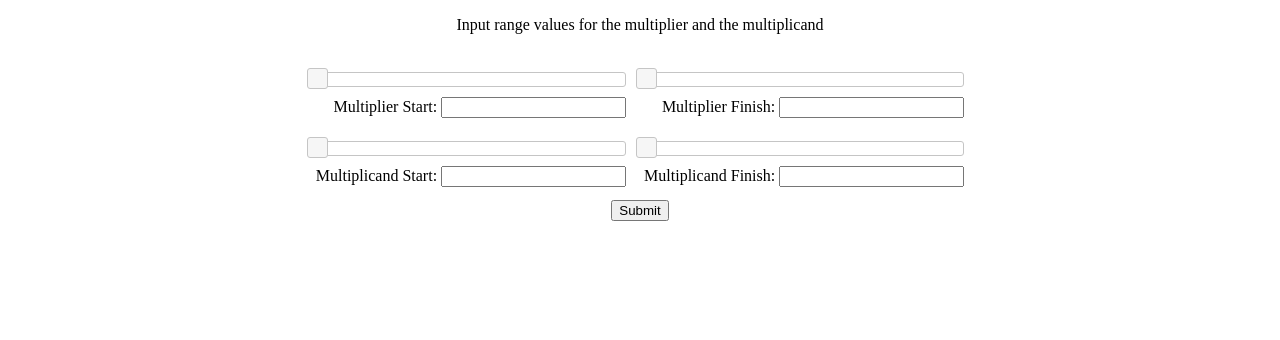
Repository: khrasna/HW4Part2
Page: index.html
The author's editor kept a copy of each file at every save. The page is drawn from the files as they stood at one save, then again after the next save.
The browser window is 1280 px wide. The pictures show the whole page.
Some web libraries are served in a nearby version.

Above is the page before, as saved 2021-11-13 16:27:53.

After the next save:
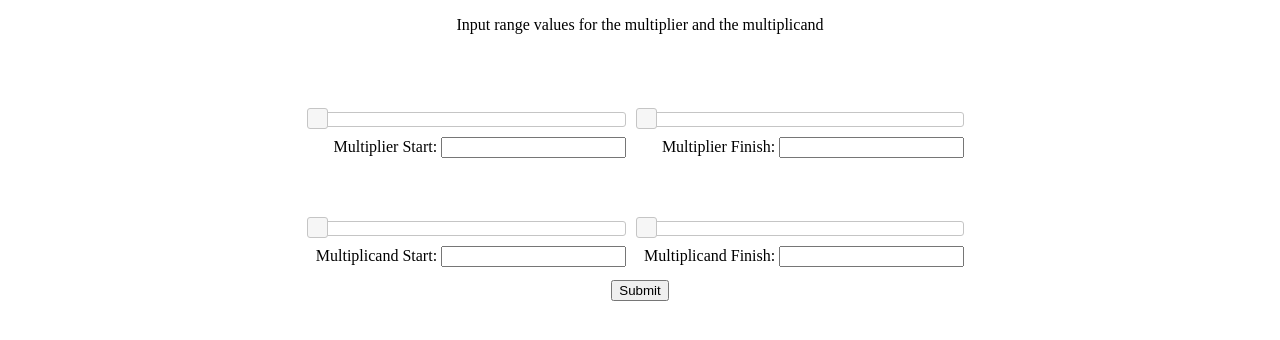
Saved 4 s later.
--- a/style.css
+++ b/style.css
@@ -97,7 +97,7 @@ table {
 form td {
     text-align: right;
     justify-content: right;
-    padding-top: 10px;
+    padding-top: 50px;
 
     /*line up the input form textboxes*/
 }
